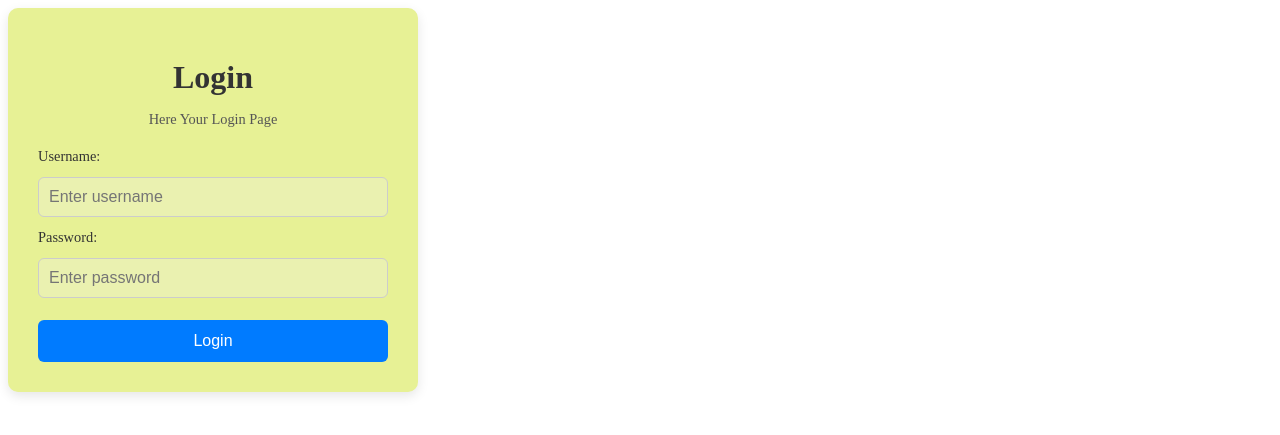
Repository: AdityaTech-Pro/FullStackWithBridgelabz
Page: login form/index.html
An editor plug-in stored every save of this project. The page is shown before and after the next save, followed by the edit.
The browser window is 1280 px wide. The pictures show the whole page.

Above is the page before, as saved 2025-11-17 09:28:49.
Console error: ReferenceError: inputUsername is not defined

After the next save:
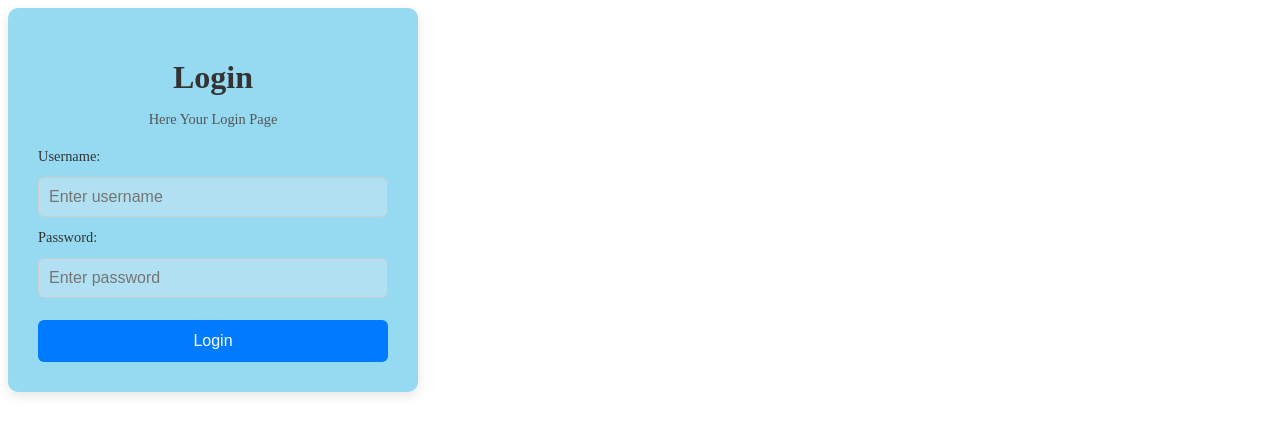
Saved 6 s later.
--- a/login form/style.css
+++ b/login form/style.css
@@ -13,7 +13,7 @@ body {
 }
 
 .login-container {
-  background: #e7f195ff; /* White card background */
+  background: #95daf1ff; /* White card background */
   padding: 30px;
   border-radius: 10px;
   width: 350px;
